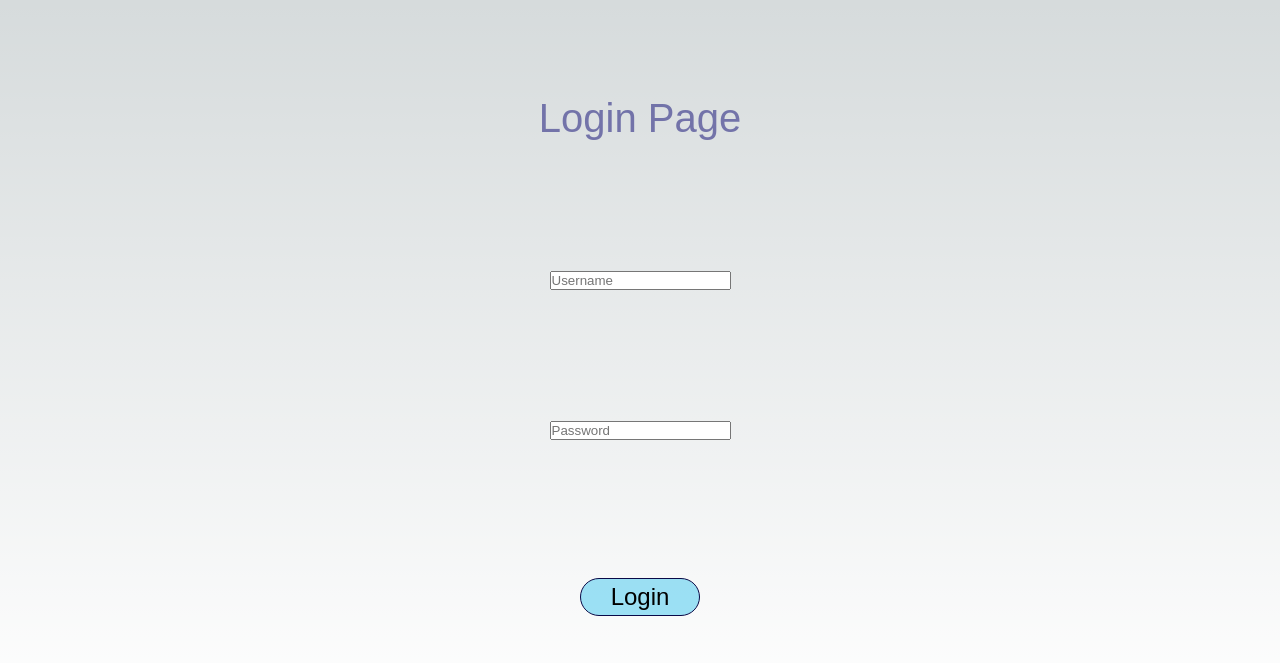
Repository: SaraShio/counter
Page: /
These files come from the project's save history. The page is drawn as it stood at one moment and after the next save; the edit follows.
The browser window is 1280 px wide. The pictures show the whole page.
The project was rebuilt for these pictures with package versions that can differ from the ones it lists, and the page was loaded fresh each time. The framework's server and built-in components were replaced by stand-ins that run in the browser. Also part of the build but not shown: next.config.js.

Above is the page before, as saved 2023-01-15 22:32:48.

### pages/index.js
import Head from 'next/head'
import Image from 'next/image'
import { Inter } from '@next/font/google'
import styles from '../styles/Home.module.css'
import { useEffect, useState } from 'react'
import { useRouter } from 'next/router'


const inter = Inter({ subsets: ['latin'] })

export default function Home() {

  const router = useRouter();

  const [formData, setFormData] = useState({
    firstName: '',
    username: '',
  })

  const CheckLogin = () => {
    console.log(formData.firstName);
    console.log(formData);

    if (formData.username !== null) {
      router.push({
        pathname: './counter',
        query: {
          username: formData.firstName
        }
      })
    }
  }


  return (
    <>
      <Head>
        <title>Create Next App</title>
        <meta name="description" content="Generated by create next app" />
        <meta name="viewport" content="width=device-width, initial-scale=1" />
        <link rel="icon" href="/favicon.ico" />
      </Head>
      <main className={styles.main}>
        <label>Login Page</label>
        <input
          placeholder='Username'
          type="text"
          id="first"
          name="first"
          pattern="[A-Z]{1}[a-z]{2-10}"
          title="The first letter should be uppercase"
          onChange={(e => setFormData({ ...formData, firstName: e.target.value }))}
        />

        <input
          placeholder='Password'
          type="text"
          id="username"
          name="username"
          required
          minLength="5"
          maxLength="10"
          onChange={(e => setFormData({ ...formData, username: e.target.value }))}

        />


        <button className={styles.submit} type="submit" onClick={() => CheckLogin()}>Login</button>

      </main>
    </>
  )
}

### styles/globals.css
:root {
  --max-width: 1100px;
  --border-radius: 12px;
  --font-mono: ui-monospace, Menlo, Monaco, 'Cascadia Mono', 'Segoe UI Mono',
    'Roboto Mono', 'Oxygen Mono', 'Ubuntu Monospace', 'Source Code Pro',
    'Fira Mono', 'Droid Sans Mono', 'Courier New', monospace;

  --foreground-rgb: 0, 0, 0;
  --background-start-rgb: 214, 219, 220;
  --background-end-rgb: 255, 255, 255;
  --purple: #874e93;
  --medium-purple: #6565a2e3;
  --dark-gray: #434346;
  --deep-blue: #0a0a47;
  --light-blue: #51ccf18c;
  --extra-large-header-font: 52px;
  --large-header-font: 40px;
  --medium-header-font: 32px;
  --small-header-font: 24px;
  --new-font: 'Raleway', sans-serif, 'Unbounded', cursive;
  --padding: 16px;


  --primary-glow: conic-gradient(from 180deg at 50% 50%,
      #16abff33 0deg,
      #0885ff33 55deg,
      #54d6ff33 120deg,
      #0071ff33 160deg,
      transparent 360deg);
  --secondary-glow: radial-gradient(rgba(255, 255, 255, 1),
      rgba(255, 255, 255, 0));

  --tile-start-rgb: 239, 245, 249;
  --tile-end-rgb: 228, 232, 233;
  --tile-border: conic-gradient(#00000080,
      #00000040,
      #00000030,
      #00000020,
      #00000010,
      #00000010,
      #00000080);

  --callout-rgb: 238, 240, 241;
  --callout-border-rgb: 172, 175, 176;
  --card-rgb: 180, 185, 188;
  --card-border-rgb: 131, 134, 135;
}

@media (prefers-color-scheme: dark) {
  :root {
    --foreground-rgb: 255, 255, 255;
    --background-start-rgb: 0, 0, 0;
    --background-end-rgb: 0, 0, 0;

    --primary-glow: radial-gradient(rgba(1, 65, 255, 0.4), rgba(1, 65, 255, 0));
    --secondary-glow: linear-gradient(to bottom right,
        rgba(1, 65, 255, 0),
        rgba(1, 65, 255, 0),
        rgba(1, 65, 255, 0.3));

    --tile-start-rgb: 2, 13, 46;
    --tile-end-rgb: 2, 5, 19;
    --tile-border: conic-gradient(#ffffff80,
        #ffffff40,
        #ffffff30,
        #ffffff20,
        #ffffff10,
        #ffffff10,
        #ffffff80);

    --callout-rgb: 20, 20, 20;
    --callout-border-rgb: 108, 108, 108;
    --card-rgb: 100, 100, 100;
    --card-border-rgb: 200, 200, 200;
  }
}

* {
  box-sizing: border-box;
  padding: 0;
  margin: 0;
}

html,
body {
  max-width: 100vw;
  overflow-x: hidden;
}

body {
  color: rgb(var(--foreground-rgb));
  background: linear-gradient(to bottom,
      transparent,
      rgb(var(--background-end-rgb))) rgb(var(--background-start-rgb));
}

a {
  color: inherit;
  text-decoration: none;
}

@media (prefers-color-scheme: dark) {
  html {
    color-scheme: dark;
  }
}

### styles/Home.module.css
.main {
  display: flex;
  flex-direction: column;
  justify-content: space-between;
  align-items: center;
  padding: 6rem;
  min-height: 100vh;
  color: var(--medium-purple);
  font-size: var(--large-header-font);
  font-family: var(--new-font);
}

.submit {
  background-color: var(--light-blue);
  border: 0.5px solid var(--deep-blue);
  width: 120px;
  border-radius: 1000px;
  font-size: var(--small-header-font);
  font-family: var(--new-font);
  margin: 8px;
  padding: 4px;
}

Loaded but not shown: pages/_app.js (common file); pages/_document.js (common file)

After the next save:
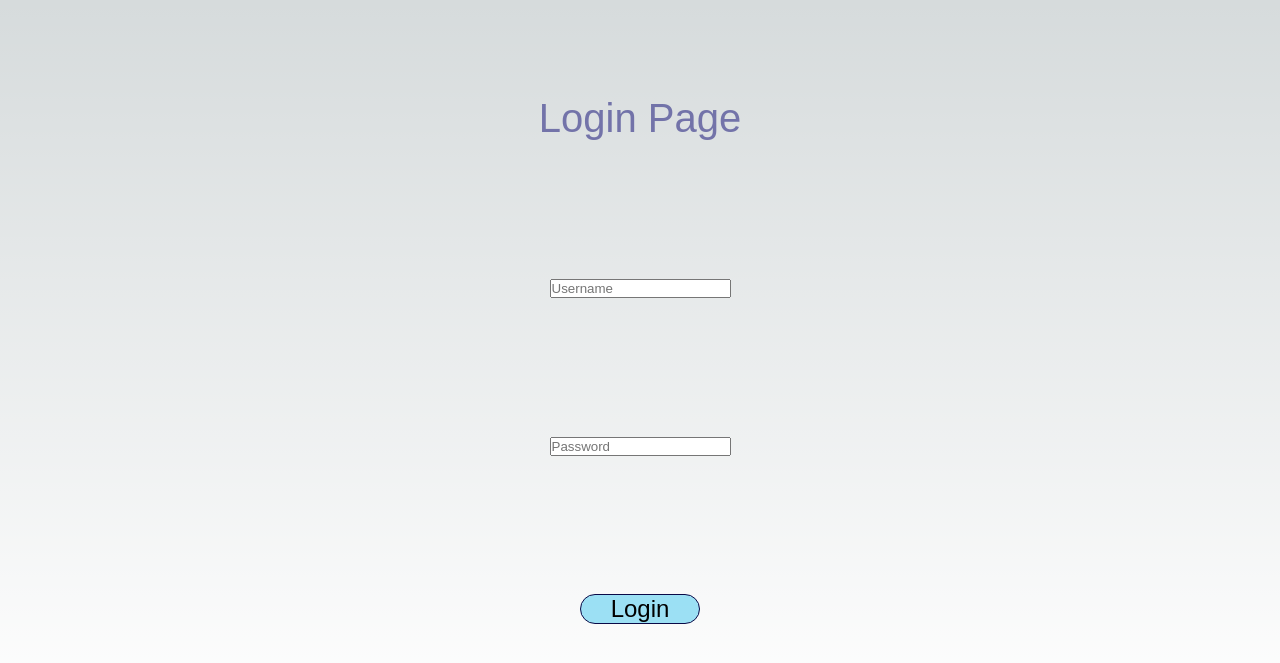
Saved 14 s later.
--- a/styles/Home.module.css
+++ b/styles/Home.module.css
@@ -17,6 +17,5 @@
   border-radius: 1000px;
   font-size: var(--small-header-font);
   font-family: var(--new-font);
-  margin: 8px;
-  padding: 4px;
+
 }

After the save that followed:
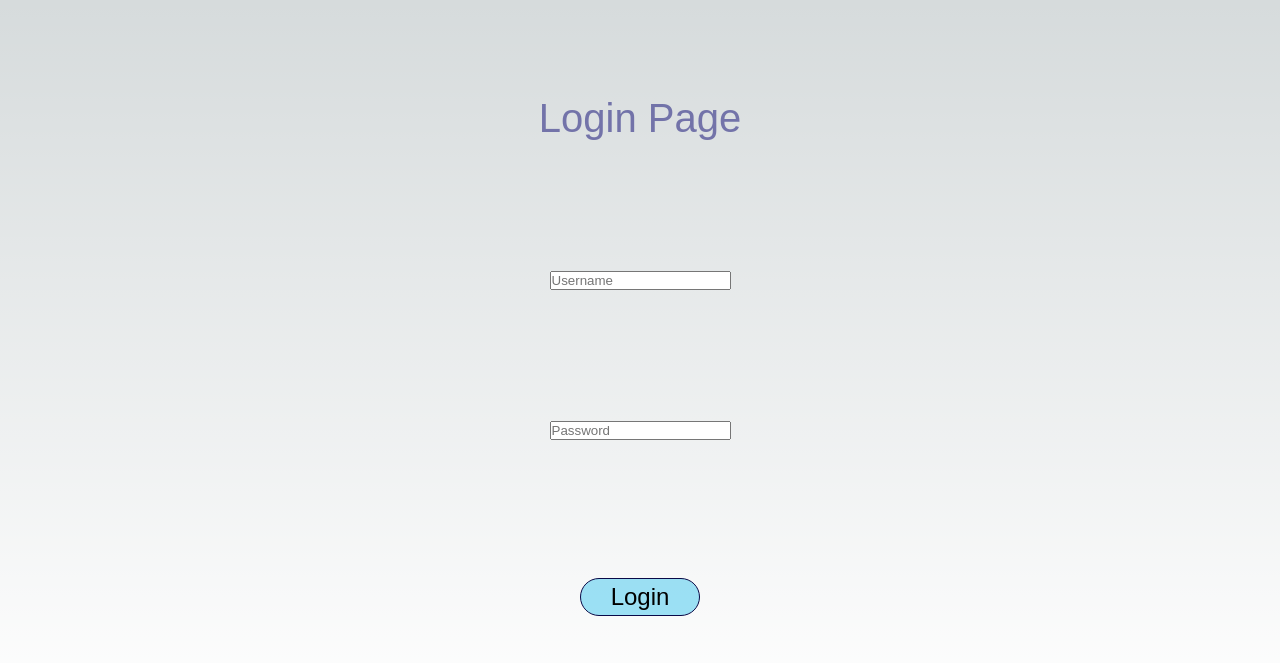
Saved 6 s later.
--- a/styles/Home.module.css
+++ b/styles/Home.module.css
@@ -17,5 +17,6 @@
   border-radius: 1000px;
   font-size: var(--small-header-font);
   font-family: var(--new-font);
-
+  margin: 8px;
+  padding: 4px;
 }
